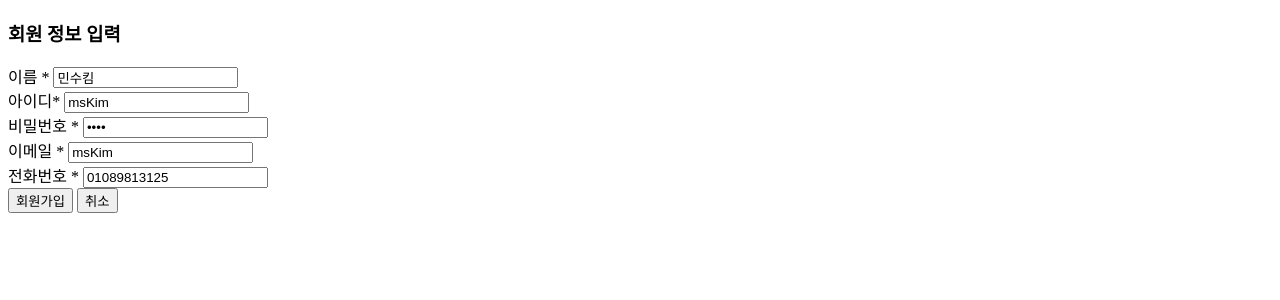
Repository: angwanghyeon/eclipse
Page: http://localhost/sec07/01_addMemberForm.jsp
These files come from the project's save history. The page is drawn as it stood at one moment and after the next save; the edit follows.
The browser window is 1280 px wide. The pictures show the whole page.
The page is served by Tomcat 9.

Above is the page before, as saved 2023-09-01 07:24:25.

### sec07/src/main/webapp/01_addMemberForm.jsp
<%@ page language="java" contentType="text/html; charset=UTF-8"
	pageEncoding="UTF-8"%>
<!DOCTYPE html>
<html>
<head>
<meta charset="UTF-8">
<title>회원가입</title>
</head>
<body>
	<h3>회원 정보 입력</h3>
	<form name="joinfrm" id="reg_frm" method="post"
		action="02_addMember.jsp">

		<label for="name">이름</label><span> * </span>
		<input type="text"
			name="name" id="name" value="민수킴"><br>

		<label for="userid">아이디</label><span>*</span>
		<input type="text" id="userid" name="userid" value="msKim"><br>

		<label for="pwd">비밀번호</label><span> * </span>
		<input type="password" id="pwd" name="pwd" value="1234"><br>

		<label for="email">이메일</label><span> * </span>
		<input type="email"
			id="email" name="email" value="msKim"><br>

		<label for="phone">전화번호</label><span> * </span>
		<input type="tel"
			id="phone" name="phone" value="01089813125"><br>

		<input type="submit" value="회원가입">
		<input type="reset" value="취소">
	</form>
</body>
</html>

After the next save:
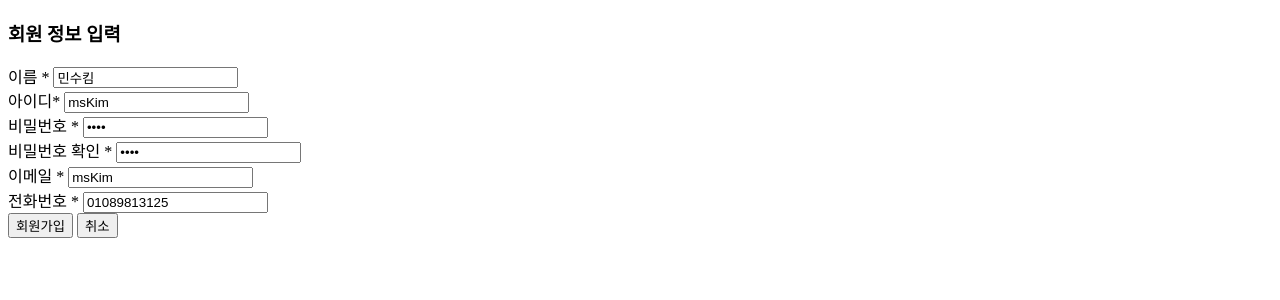
Saved 14 s later.
--- a/sec07/src/main/webapp/01_addMemberForm.jsp
+++ b/sec07/src/main/webapp/01_addMemberForm.jsp
@@ -21,6 +21,9 @@
 		<label for="pwd">비밀번호</label><span> * </span>
 		<input type="password" id="pwd" name="pwd" value="1234"><br>
 
+		<label for="pwd">비밀번호 확인</label><span> * </span>
+		<input type="password" id="pwd" name="pwd" value="1234"><br>
+
 		<label for="email">이메일</label><span> * </span>
 		<input type="email"
 			id="email" name="email" value="msKim"><br>
